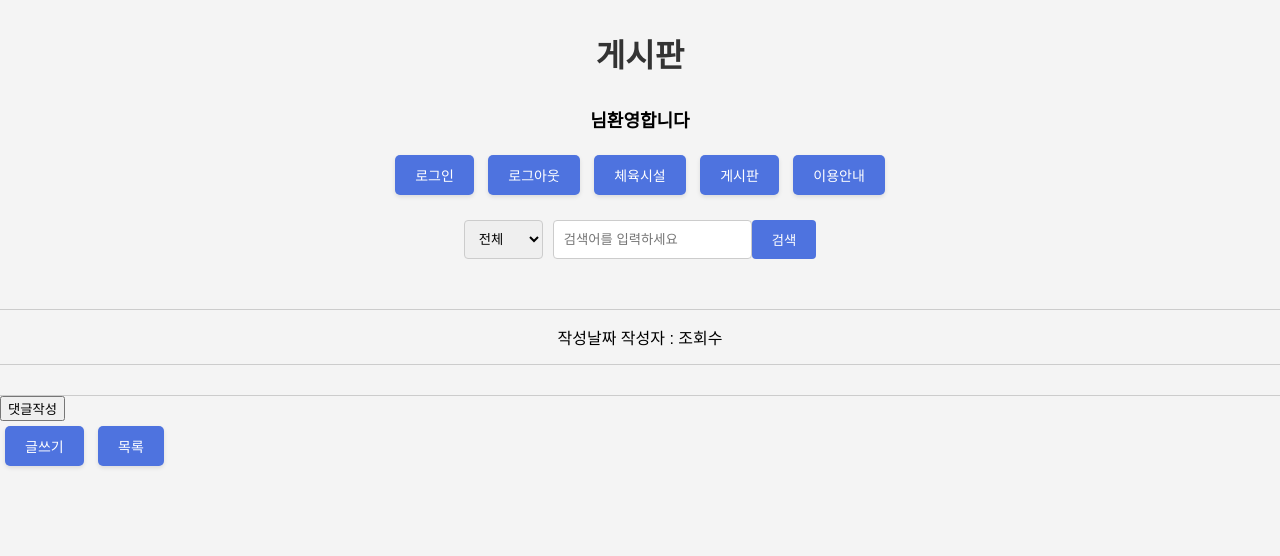
Repository: shinyunseok/portfolio1
Page: http://localhost/portfolio/WEB-INF/board/getBoard.jsp
These files come from the project's save history. The page is drawn as it stood at one moment and after the next save; the edit follows.
The browser window is 1280 px wide. The pictures show the whole page.
The page is served by Tomcat 10. Nobody is signed in. The template is opened directly, without the code that normally fills it, so the values that code supplies are empty.

Above is the page before, as saved 2023-05-30 06:02:13.

After the next save:
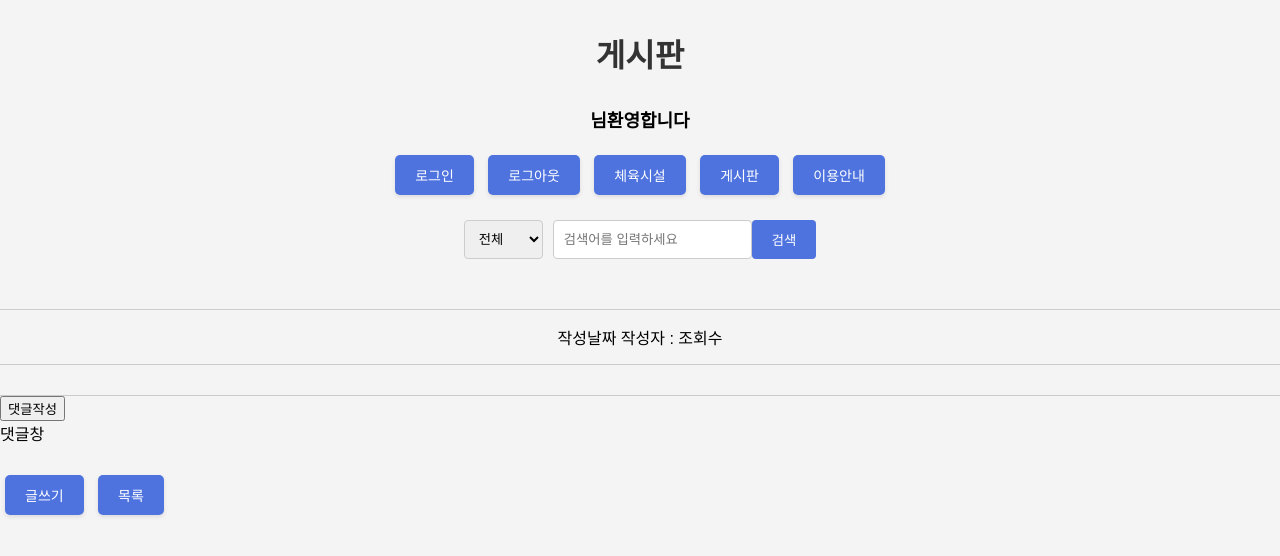
Saved 9 s later.
--- a/portfolio/src/main/webapp/WEB-INF/board/getBoard.jsp
+++ b/portfolio/src/main/webapp/WEB-INF/board/getBoard.jsp
@@ -285,6 +285,10 @@ tbody tr:hover {
 		<br> <input type="submit" value="등록">
 	</form>
 
+	댓글창
+	<h6></h6> <h6> </h6>
+
+
 	<button class="write-button" onclick="location.href='insertBoard.do'">글쓰기</button>
 	<button class="write-button" onclick="location.href='getBoardList.do'">목록</button>
 	<script>
